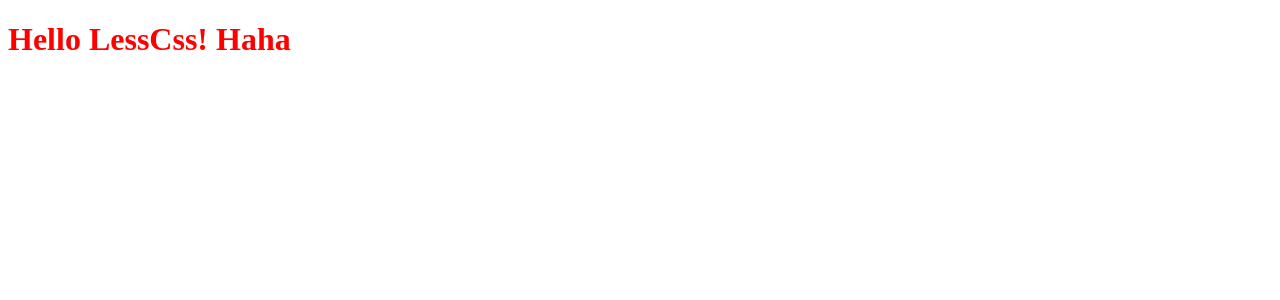
Repository: TechnicallyExplained/less-css-tutorial
Page: LessCss1/WebContent/index.html
The author's editor kept a copy of each file at every save. The page is drawn from the files as they stood at one save, then again after the next save.
The browser window is 1280 px wide. The pictures show the whole page.

Above is the page before, as saved 2013-07-05 19:54:50.

### LessCss1/WebContent/index.html
<!DOCTYPE html>
<html>
<head>
<link href="style.css" rel="stylesheet" type="text/css">
<meta charset="US-ASCII">
<title>Hello LessCss</title>
</head>
<body>
<h1>Hello LessCss! Haha</h1>
</body>
</html>

### LessCss1/WebContent/style.css
@CHARSET "US-ASCII";
h1 {
	color: red;
}

After the next save:
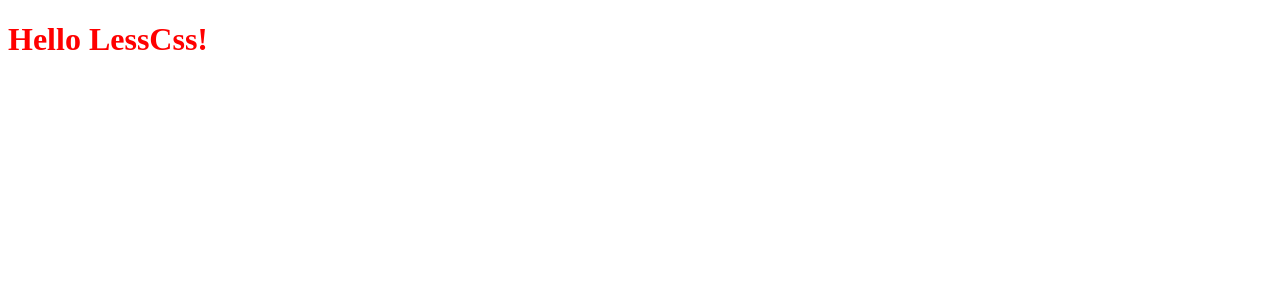
Saved 4 min 32 s later.
--- a/LessCss1/WebContent/index.html
+++ b/LessCss1/WebContent/index.html
@@ -6,6 +6,6 @@
 <title>Hello LessCss</title>
 </head>
 <body>
-<h1>Hello LessCss! Haha</h1>
+<h1>Hello LessCss!</h1>
 </body>
 </html>
